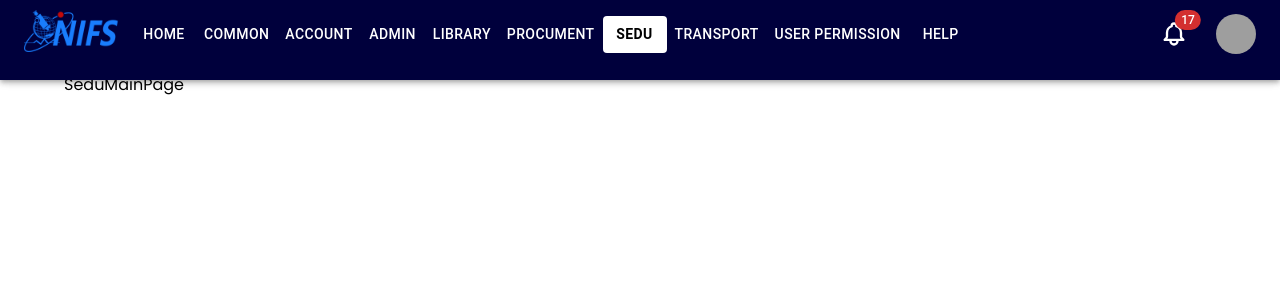
Repository: virangaj/NIFS-WebApp
Page: /sedu (app in client/)
An editor plug-in stored every save of this project. The page is shown before and after the next save, followed by the edit.
The browser window is 1280 px wide. The pictures show the whole page.
Pictures or frames that could not be fetched are drawn as grey boxes. The project was rebuilt for these pictures with package versions that can differ from the ones it lists, and the page was loaded fresh each time. Also part of the build but not shown: client/src/pages/Login.tsx, client/src/pages/Home.tsx, client/src/components/Transport/shared/TransportNavbar.js, client/src/pages/TransportMainPage.tsx, client/src/pages/CommonMainPage.tsx, client/src/pages/AccountMainPage.tsx, client/src/pages/AdminMainPage.tsx, client/src/pages/LibraryMainPage.js and 4 more.

Above is the page before, as saved 2022-07-26 12:48:17.

### client/public/index.html
<!DOCTYPE html>
<html lang="en">
	<head>
		<meta charset="utf-8" />
		<link rel="icon" href="nifs_logo.png" />
		<meta name="viewport" content="width=device-width, initial-scale=1" />
		<meta name="theme-color" content="#000000" />
		<meta
			name="description"
			content="Web site created using create-react-app"
		/>
		<link rel="apple-touch-icon" href="%PUBLIC_URL%/logo192.png" />
		<!--
      manifest.json provides metadata used when your web app is installed on a
      user's mobile device or desktop. See https://developers.google.com/web/fundamentals/web-app-manifest/
    -->
		<link rel="manifest" href="%PUBLIC_URL%/manifest.json" />
		<!--
      Notice the use of %PUBLIC_URL% in the tags above.
      It will be replaced with the URL of the `public` folder during the build.
      Only files inside the `public` folder can be referenced from the HTML.

      Unlike "/favicon.ico" or "favicon.ico", "%PUBLIC_URL%/favicon.ico" will
      work correctly both with client-side routing and a non-root public URL.
      Learn how to configure a non-root public URL by running `npm run build`.
    -->
		<link
			href="https://fonts.googleapis.com/css?family=Poppins"
			rel="stylesheet"
		/>
		<title>NIFS Dashboard</title>
	</head>
	<body>
		<noscript>You need to enable JavaScript to run this app.</noscript>
		<div id="root"></div>
		<!--
      This HTML file is a template.
      If you open it directly in the browser, you will see an empty page.

      You can add webfonts, meta tags, or analytics to this file.
      The build step will place the bundled scripts into the <body> tag.

      To begin the development, run `npm start` or `yarn start`.
      To create a production bundle, use `npm run build` or `yarn build`.
    -->
	</body>
</html>

### client/src/index.css
* {
  margin: 0;
}

body {
  font-family: 'Poppins';
  -webkit-font-smoothing: antialiased;
  -moz-osx-font-smoothing: grayscale;
}

:root {
  --main-navbar-back: #00003c;

}


.nav-logo {
  width: 100px;
  height: auto;
}

/* main navbar */
.main-navbar {
  background-color: var(--main-navbar-back) !important;
  width: 100% !important;
  height: 80px !important;

}



/* secondary navbar */
.secondary-navbar {
  margin-top: 10vh !important;
  margin: auto;
}

/* body content */
.body-content {
  margin: auto;
  width: 90%;
  margin-top: 10vh;

}

.sub-body-content {
  margin: auto;
  width: 90%;
  margin-top: 3vh;
}

### client/src/App.tsx
import React, { useEffect } from 'react';
import Navbar from './components/shared/Navbar';
import Login from './pages/Login'
import { BrowserRouter as Router, Route, Routes } from 'react-router-dom'
import Home from './pages/Home';
import TransportMainPage from './pages/TransportMainPage';
import CommonMainPage from './pages/CommonMainPage';
import AccountMainPage from './pages/AccountMainPage';
import AdminMainPage from './pages/AdminMainPage';
import LibraryMainPage from './pages/LibraryMainPage';
import ProcumentMainPage from './pages/ProcumentMainPage';
import SeduMainPage from './pages/SeduMainPage';
import UserPermissionMainPage from './pages/UserPermissionMainPage';
import NotificationMainPage from './pages/NotificationMainPage';
import HelpMainPage from './pages/HelpMainPage';

function App() {


  return (
    <Router>
      <Navbar />
      <Routes>

        <Route path="/login" element={<Login />} />
        <Route path="/" element={<Home />} />
        <Route path="/common/*" element={<CommonMainPage />} />
        <Route path="/account/*" element={<AccountMainPage />} />
        <Route path="/admin/*" element={<AdminMainPage />} />
        <Route path="/library/*" element={<LibraryMainPage />} />
        <Route path="/procument/*" element={<ProcumentMainPage />} />
        <Route path="/sedu/*" element={<SeduMainPage />} />
        <Route path="/transport/*" element={<TransportMainPage />} />
        <Route
          path="/user-permission/*"
          element={<UserPermissionMainPage />}
        />
        <Route
          path="/notification/*"
          element={<NotificationMainPage />}
        />
        <Route path="/help/*" element={<HelpMainPage />} />
      </Routes>


    </Router>
  );
}

export default App;

### client/src/components/shared/Navbar.tsx
import * as React from 'react';
import AppBar from '@mui/material/AppBar';
import Box from '@mui/material/Box';
import Toolbar from '@mui/material/Toolbar';
import IconButton from '@mui/material/IconButton';
import Typography from '@mui/material/Typography';
import Menu from '@mui/material/Menu';
import Container from '@mui/material/Container';
import Avatar from '@mui/material/Avatar';
import Button from '@mui/material/Button';
import Tooltip from '@mui/material/Tooltip';
import MenuItem from '@mui/material/MenuItem';
import { HiMenuAlt2, HiOutlineBell } from "react-icons/hi";
import Badge from '@mui/material/Badge';
import Logo from '../../images/nifs_logo.png'
import { Link, useLocation } from 'react-router-dom';
const pages = [
    {
        id: 0,
        title: 'Home',
        link: '/',
    },
    {
        id: 1,
        title: 'Common',
        link: '/common',
    },
    {
        id: 2,
        title: 'Account',
        link: '/account',
    },
    {
        id: 3,
        title: 'Admin',
        link: '/admin',
    },
    {
        id: 4,
        title: 'Library',
        link: '/library',
    },
    {
        id: 5,
        title: 'Procument',
        link: '/procument',
    },
    {
        id: 6,
        title: 'SEDU',
        link: '/sedu',
    },
    {
        id: 7,
        title: 'Transport',
        link: '/transport',
    },
    {
        id: 8,
        title: 'User Permission',
        link: '/user-permission',
    },
    // {
    //     id: 9,
    //     title: 'Notification',
    //     link: '/notification',
    // },
    {
        id: 10,
        title: 'Help',
        link: '/help',
    },
];
const settings = [
    {
        id: 0,
        title: 'Login',
        link: '/login',
    },
];
const Navbar = () => {

    const location: any = useLocation();
    console.log(location.pathname.split('/')[1])


    const [anchorElNav, setAnchorElNav] = React.useState<null | HTMLElement>(null);
    const [anchorElUser, setAnchorElUser] = React.useState<null | HTMLElement>(null);

    const handleOpenNavMenu = (event: React.MouseEvent<HTMLElement>) => {
        setAnchorElNav(event.currentTarget);
    };
    const handleOpenUserMenu = (event: React.MouseEvent<HTMLElement>) => {
        setAnchorElUser(event.currentTarget);
    };

    const handleCloseNavMenu = () => {
        setAnchorElNav(null);
    };

    const handleCloseUserMenu = () => {
        setAnchorElUser(null);
    };

    return (
        <AppBar position="fixed" className="main-navbar">
            <Container maxWidth="xl">
                <Toolbar disableGutters>
                    {/*Responsive view start here  */}
                    <Box sx={{ display: { xs: 'none', md: 'flex' }, mr: 1 }}>
                        <Link to='/'>
                            <img src={Logo} alt="logo" className="nav-logo" />
                        </Link>
                    </Box>


                    <Box sx={{ flexGrow: 1, display: { xs: 'flex', md: 'none' } }}>
                        <IconButton
                            size="large"
                            aria-label="account of current user"
                            aria-controls="menu-appbar"
                            aria-haspopup="true"
                            onClick={handleOpenNavMenu}
                            color="inherit"
                        >
                            <HiMenuAlt2 />
                        </IconButton>
                        <Menu
                            id="menu-appbar"
                            anchorEl={anchorElNav}
                            anchorOrigin={{
                                vertical: 'bottom',
                                horizontal: 'left',
                            }}
                            keepMounted
                            transformOrigin={{
                                vertical: 'top',
                                horizontal: 'left',
                            }}
                            open={Boolean(anchorElNav)}
                            onClose={handleCloseNavMenu}
                            sx={{
                                display: { xs: 'block', md: 'none' },
                            }}
                        >
                            {pages && pages.map((page) => (
                                location.pathname.split('/')[1] === page.link.split('/')[1] ?
                                    <Link to={page.link} style={{ textDecoration: 'none' }} >
                                        <Button
                                            key={page.id}
                                            onClick={handleCloseNavMenu}
                                            sx={{ my: 2, color: 'white', display: 'block' }}
                                            style={{ backgroundColor: '#000', color: '#fff', fontWeight: 700 }}
                                        >
                                            {page.title}
                                        </Button>
                                    </Link>
                                    :
                                    <Link to={page.link} style={{ textDecoration: 'none' }} >
                                        <Button
                                            key={page.id}
                                            onClick={handleCloseNavMenu}
                                            sx={{ my: 2, color: 'white', display: 'block' }}
                                            style={{ backgroundColor: '#fff', color: '#000' }}
                                        >
                                            {page.title}
                                        </Button>
                                    </Link>
                            ))}
                        </Menu>
                    </Box>
                    {/* Responsive view ends here */}

                    {/* Full width starts here */}
                    <Box
                        sx={{
                            mr: 2,
                            display: { xs: 'flex', md: 'none' },
                            flexGrow: 1,
                        }}
                    >
                        <Link to='/'>
                            <img src={Logo} alt="logo" className="nav-logo" />
                        </Link>
                    </Box>

                    <Box sx={{ flexGrow: 1, display: { xs: 'none', md: 'flex' } }}>
                        {pages.map((page) => (
                            location.pathname.split('/')[1] === page.link.split('/')[1] ?
                                <Link to={page.link} style={{ textDecoration: 'none' }} >
                                    <Button
                                        key={page.id}
                                        onClick={handleCloseNavMenu}
                                        sx={{ my: 2, color: 'white', display: 'block' }}
                                        style={{ backgroundColor: '#fff', color: '#000', fontWeight: 700 }}


                                    >
                                        {page.title}
                                    </Button>
                                </Link>
                                :
                                <Link to={page.link} style={{ textDecoration: 'none' }} >
                                    <Button
                                        key={page.id}
                                        onClick={handleCloseNavMenu}
                                        sx={{ my: 2, color: 'white', display: 'block' }}

                                    >
                                        {page.title}
                                    </Button>
                                </Link>
                        ))}
                    </Box>
                    <IconButton
                        size="large"
                        aria-label="show 17 new notifications"
                        color="inherit"
                        sx={{ mr: 2 }}
                    >
                        <Badge badgeContent={17} color="error">
                            <HiOutlineBell />
                        </Badge>
                    </IconButton>
                    <Box sx={{ flexGrow: 0 }}>
                        <Tooltip title="Open settings">
                            <IconButton onClick={handleOpenUserMenu} sx={{ p: 0 }}>
                                <Avatar alt="Remy Sharp" src="/static/images/avatar/2.jpg" />
                            </IconButton>
                        </Tooltip>
                        <Menu
                            sx={{ mt: '45px' }}
                            id="menu-appbar"
                            anchorEl={anchorElUser}
                            anchorOrigin={{
                                vertical: 'top',
                                horizontal: 'right',
                            }}
                            keepMounted
                            transformOrigin={{
                                vertical: 'top',
                                horizontal: 'right',
                            }}
                            open={Boolean(anchorElUser)}
                            onClose={handleCloseUserMenu}
                        >
                            {settings && settings.map((setting) => (
                                <MenuItem key={setting.id} onClick={handleCloseUserMenu}>
                                    <Typography textAlign="center">{setting.title}</Typography>
                                </MenuItem>
                            ))}
                        </Menu>
                    </Box>
                </Toolbar>
            </Container>
        </AppBar>
    );
};
export default Navbar;

### client/src/pages/SeduMainPage.tsx
import React from 'react';

function SeduMainPage() {
	return <div className="body-content">SeduMainPage</div>;
}

export default SeduMainPage;

### client/src/components/shared/SecondaryNavbar.tsx
import React from 'react'
import Tabs from '@mui/material/Tabs';
import Tab from '@mui/material/Tab';
import Box from '@mui/material/Box';
import { Link, useLocation } from 'react-router-dom';

function SecondaryNavbar() {
    const location = useLocation();
    const pages = [
        {
            id: 0,
            title: 'New Request',
            link: '/transport',
        },
        {
            id: 1,
            title: 'Recommend Request',
            link: '/transport/recommend',
        },
        {
            id: 2,
            title: 'Approve Request',
            link: '/transport/approve',
        },
    ];
    return (
        <Box sx={{ width: '90%' }} className="secondary-navbar">
            <Box sx={{ borderBottom: 1, borderColor: 'divider' }}>
                <Tabs value={location.pathname} centered>
                    {pages &&
                        pages.map((page) => (
                            <Tab
                                key={page.id}
                                label={page.title}
                                value={page.link}
                                component={Link}
                                to={page.link}
                            />
                        ))}
                </Tabs>
            </Box>
        </Box>
    )
}

export default SecondaryNavbar

Loaded but not shown: client/src/index.tsx (common file); client/src/reportWebVitals.ts (common file)

After the next save:
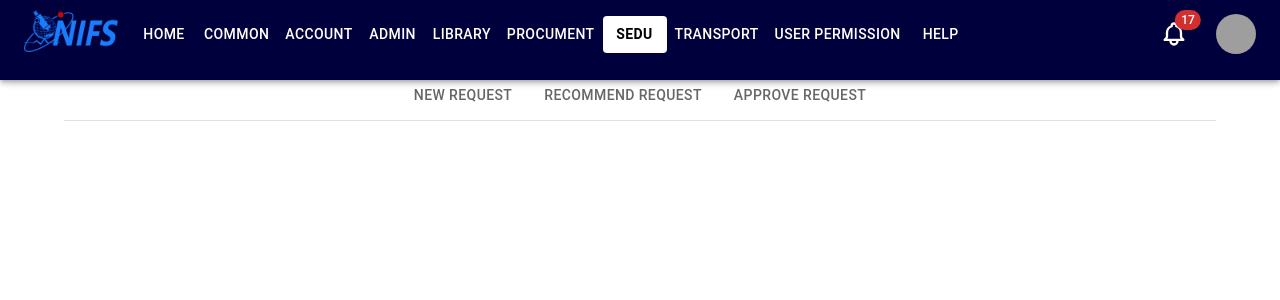
Saved 42 s later.
--- a/client/src/pages/SeduMainPage.tsx
+++ b/client/src/pages/SeduMainPage.tsx
@@ -1,7 +1,20 @@
 import React from 'react';
+import { Route, Routes } from 'react-router-dom';
+import SecondaryNavbar from '../components/shared/SecondaryNavbar';
 
+
+// sedu main page where all other section of sedu department can be access from here
 function SeduMainPage() {
-	return <div className="body-content">SeduMainPage</div>;
+	return <div>
+		<SecondaryNavbar />
+		<div className="sub-body-content">
+			<Routes>
+				{/* <Route path="/" element={<NewRequest />} />
+					<Route path="/recommend" element={<RecommendedRequest />} />
+					<Route path="/approve" element={<ApproveRequest />} /> */}
+			</Routes>
+		</div>
+	</div>;
 }
 
 export default SeduMainPage;
